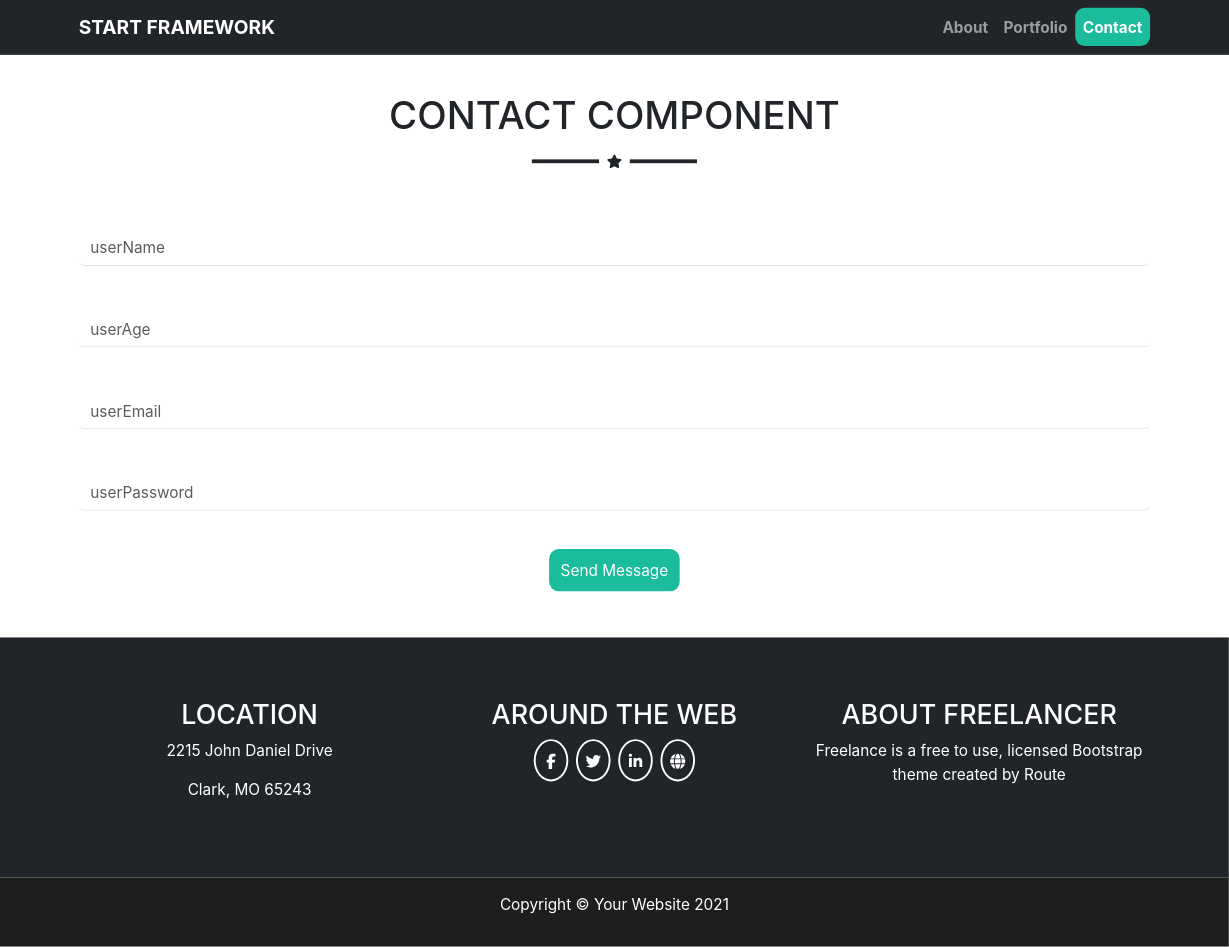
Repository: YomnaWegdan/startFramework
Page: /contact
The author's editor kept a copy of each file at every save. The page is drawn from the files as they stood at one save, then again after a run of saves.
The browser window is 1280 px wide. The pictures show the whole page, at 96% of full size.
The project was rebuilt for these pictures with package versions that can differ from the ones it lists, and the page was loaded fresh each time. Also part of the build but not shown: src/Components/Home.jsx, src/Components/About.jsx, src/Components/Error.jsx, src/Components/Portfolio.jsx.

Above is the page before, as saved 2024-02-06 00:12:05.

### src/index.js
import React from 'react';
import ReactDOM from 'react-dom/client';
import 'bootstrap/dist/css/bootstrap.min.css'
import 'bootstrap/dist/js/bootstrap.bundle.min.js'

import './index.css';
import App from './App';
import reportWebVitals from './reportWebVitals';

const root = ReactDOM.createRoot(document.getElementById('root'));
root.render(
  <React.StrictMode>
    <App />
  </React.StrictMode>
);

// If you want to start measuring performance in your app, pass a function
// to log results (for example: reportWebVitals(console.log))
// or send to an analytics endpoint. Learn more: https://bit.ly/CRA-vitals
reportWebVitals();

### src/index.css
body {
  margin: 0;
  font-family: -apple-system, BlinkMacSystemFont, 'Segoe UI', 'Roboto', 'Oxygen',
    'Ubuntu', 'Cantarell', 'Fira Sans', 'Droid Sans', 'Helvetica Neue',
    sans-serif;
  -webkit-font-smoothing: antialiased;
  -moz-osx-font-smoothing: grayscale;
}

code {
  font-family: source-code-pro, Menlo, Monaco, Consolas, 'Courier New',
    monospace;
}
.w-20{
  width: 20%;
}
.home , .about{
  background-color: #1ABC9C;
}
.line{
  background-color: white;
  width: 70px;
  height: 4px;
}
h2{
  font-size: 40px;
}
h3{
  font-weight: 500;
  font-size: 28px;
}
.footer-header {
  background-color: #212529;
}
div.footer{
  background-color: #1f1e1e;
}
.active{
  background-color: #1ABC9C;
  border-radius: 10px;
  color: white;
}

div.inner .img-overlay{
  transition: 0.8s all;
}

div.inner:hover .img-overlay{
  background-color: #1abc9ce6 !important;
  position: absolute;
  top: 0;
  left: 0;
  width: 100%;
  height: 100%;
}

div.inner:hover .plus{
  display: block;
  font-size: 100px;
  color: white;

}
.model{
  background-color: rgba(0, 0, 0, 0.6) !important;
}
.form-control:focus {
  border-color: #eee;
  box-shadow: none;
}
  button{
    background-color: #1ABC9C;
    border: none;
    padding: 10px 12px;
    border-radius: 10px;
    color: white;
    margin-top: 40px ;
  }

### src/App.js
import { RouterProvider, createBrowserRouter } from 'react-router-dom';
import './App.css';
import Layout from './Components/Layout';
import Home from './Components/Home';
import About from './Components/About';
import Contact from './Components/Contact';
import Error from './Components/Error';
import Portfolio from './Components/Portfolio';

function App() {

  let routes = createBrowserRouter([{
    path:'', element:<Layout/> , children:[
      {index:true , element:<Home/>},
      {path:'/about' , element:<About/>},
      {path:'/portfolio' , element:<Portfolio/>},
      {path:'/contact' , element:<Contact/>},
      {path:'*' , element:<Error/>},




    ]
  }])
  return (
    <div className="App">
    <RouterProvider router={routes}></RouterProvider>
    </div>
  );
}

export default App;

### src/Components/Layout.jsx
import React from 'react'
import Navbar from './Navbar'
import { Outlet } from 'react-router-dom'
import Footer from './Footer'

export default function Layout() {
  return (
    <div>
      <Navbar/>
      <Outlet></Outlet>
      <Footer/>
    </div>
  )
}

### src/Components/Contact.jsx
import React, { Fragment } from "react";
import { FaStar } from "react-icons/fa6";

export default function Contact() {
  return (
    <Fragment>
      <section className="contact py-5  ">
        <div className="container h-100">
          <div className="row g-5 h-100 align-items-center justify-content-center align-content-center">
            <div className="col-md-12">
              <h2 className="pt-5">CONTACT COMPONENT</h2>
              <div className="d-flex justify-content-center align-items-center my-3">
                <div className="line text-bg-dark"></div>
                <FaStar className=" mx-2 " />
                <div className="line text-bg-dark"></div>
              </div>
            </div>

            <div className=" col-md-12">
              <form>
                <input
                  className=" form-control border-top-0 border-start-0 border-end-0  border-bottom-3 "
                  placeholder="userName"
                  name="name"
                />
                <input
                  className=" form-control border-top-0 border-start-0 border-end-0  border-bottom-3 my-5"
                  placeholder="userAge"
                  name="age"
                  type="number"
                />
                <input
                  className=" form-control border-top-0 border-start-0 border-end-0  border-bottom-3 mb-5"
                  placeholder="userEmail"
                  name="email"
                  type="email"
                />
                <input
                  className=" form-control border-top-0 border-start-0 border-end-0  border-bottom-3"
                  placeholder="userPassword"
                  name="password"
                  type=" password"
                />
                <button className="">Send Message</button>
              </form>
            </div>
          </div>
        </div>
      </section>
    </Fragment>
  );
}

### src/Components/Navbar.jsx
import React, { useEffect, useState } from "react";
import { NavLink } from "react-router-dom";

export default function Navbar() {
  const [scroll , setScroll] = useState(0)

  const handleScroll=()=>{
    setScroll(window.scrollY)
  }
  const navbarPadding = scroll > 400 ? '100px' : '200px';

  return (
    <>
      <nav
        className="navbar navbar-expand-lg bg-dark border-bottom border-body  fixed-top fw-bold  "
        data-bs-theme="dark"
      >
        <div className="container">
          <NavLink className="navbar-brand" to="/">
            START FRAMEWORK
          </NavLink>
          <button
            className="navbar-toggler"
            type="button"
            data-bs-toggle="collapse"
            data-bs-target="#navbarSupportedContent"
            aria-controls="navbarSupportedContent"
            aria-expanded="false"
            aria-label="Toggle navigation"
          >
            <span className="navbar-toggler-icon"></span>
          </button>
          <div className="collapse navbar-collapse" id="navbarSupportedContent">
            <ul className="navbar-nav ms-auto mb-2 mb-lg-0">
              <li className="nav-item">
                <NavLink className="nav-link" to="/about">
                  About
                </NavLink>
              </li>
              <li className="nav-item">
                <NavLink className="nav-link" to="/portfolio">
                  Portfolio
                </NavLink>
              </li>
              <li className="nav-item">
                <NavLink className="nav-link" to="/Contact">
                  Contact
                </NavLink>
              </li>
            </ul>
          </div>
        </div>
      </nav>
    </>
  );
}

### src/Components/Footer.jsx
import React from "react";
import { FaFacebookF, FaGlobe, FaLinkedinIn, FaTwitter } from "react-icons/fa6";

export default function Footer() {
  return (
    <>
      <footer className=" text-white">
      <div className="footer-header py-5">
        <div className="container py-3">
          <div className="row">
            <div className="col-lg-4 col-md-6">
              <h3>LOCATION</h3>
              <p>2215 John Daniel Drive</p>
              <p>Clark, MO 65243</p>
            </div>
            <div className="col-lg-4 col-md-6">
            <h3>AROUND THE WEB</h3>
            <ul className="d-flex justify-content-center align-items-center list-unstyled">
            <li className="p-2 rounded-circle border border-white border-2"> <FaFacebookF /> </li>
            <li className="p-2 rounded-circle border border-white border-2 mx-2"> <FaTwitter/> </li>
            <li className="p-2 rounded-circle border border-white border-2 me-2"> <FaLinkedinIn /> </li>
            <li className="p-2 rounded-circle border border-white border-2"> <FaGlobe /> </li>
            </ul>
            </div>
            <div className="col-lg-4 col-md-6">
              <h3>ABOUT FREELANCER</h3>
              <p>Freelance is a free to use, licensed Bootstrap theme created by Route</p>
            </div>
          </div>
        </div>
        </div>
        <div className="footer py-3">
        <p>Copyright © Your Website 2021</p>
        </div>
      </footer>

    </>
  );
}

Loaded but not shown: public/index.html (common file); src/reportWebVitals.js (common file); src/App.css (common file)

After the next 8 saves:
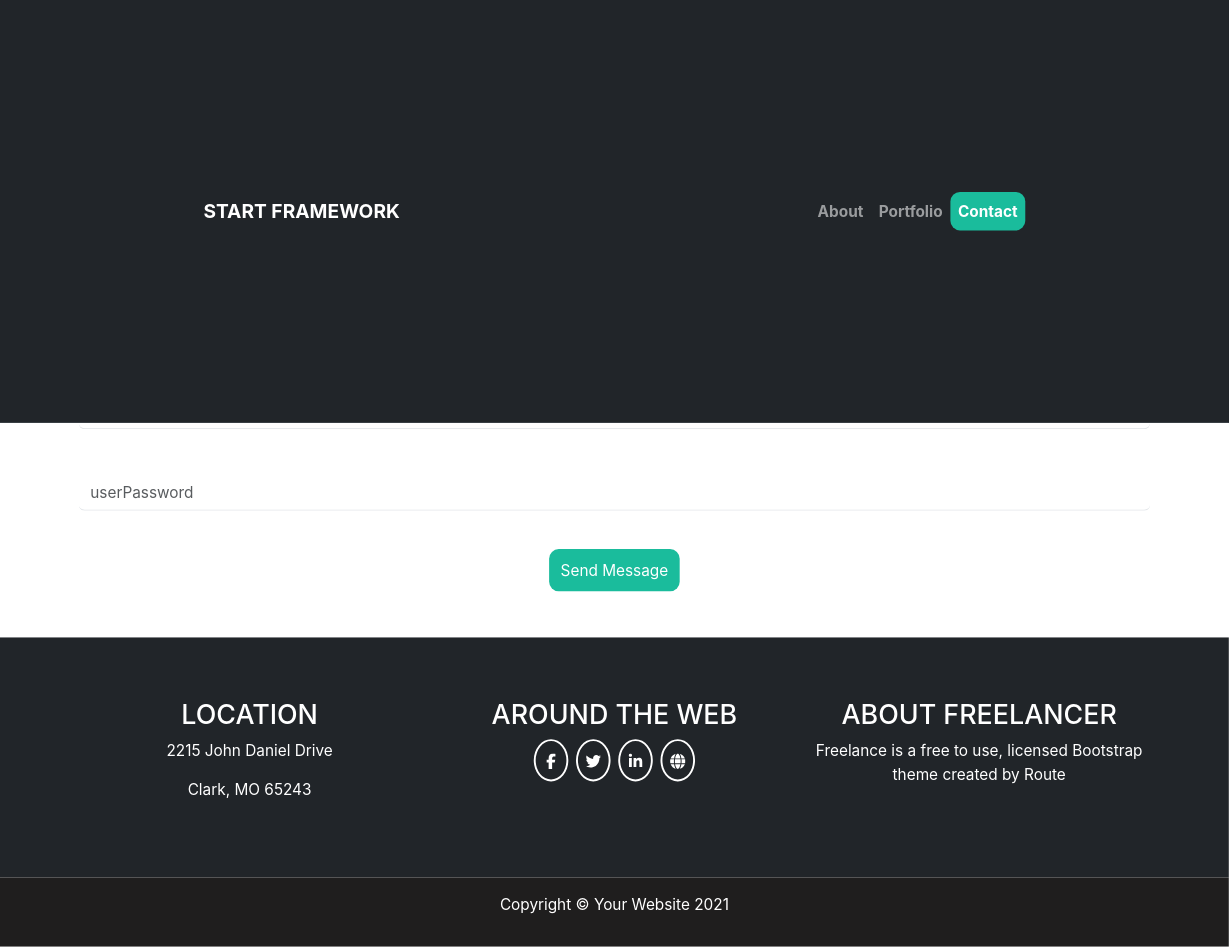
The 8 saves are shown as one change because they came seconds apart.
The last was saved 18 s later.
--- a/src/Components/Navbar.jsx
+++ b/src/Components/Navbar.jsx
@@ -11,7 +11,7 @@ export default function Navbar() {
 
   return (
     <>
-      <nav
+      <nav style={{padding:navbarPadding}}
         className="navbar navbar-expand-lg bg-dark border-bottom border-body  fixed-top fw-bold  "
         data-bs-theme="dark"
       >
